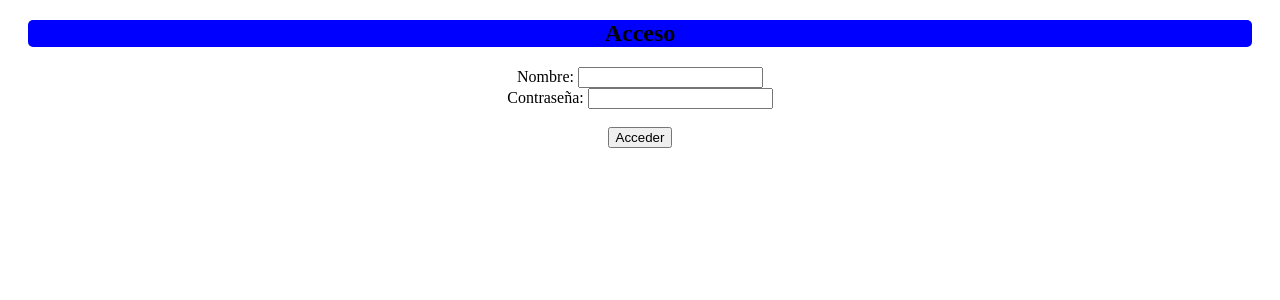
Repository: MateoSantander/Ejercicios4y5
Page: http://localhost/Ejercicio_4/JSP_login.jsp
An editor plug-in stored every save of this project. The page is shown before and after the next save, followed by the edit.
The browser window is 1280 px wide. The pictures show the whole page.
The page is served by Tomcat 9. Other server files are loaded and not shown.

Above is the page before, as saved 2022-03-18 13:36:19.

### Ejercicio_4/src/main/webapp/JSP_login.jsp
<%@ page language="java" contentType="text/html; charset=ISO-8859-1"
    pageEncoding="ISO-8859-1"%>
<!DOCTYPE html>
<html>
<head>
<meta charset="ISO-8859-1">
<title>acceso</title>
<link rel="stylesheet" href="css/design.css">
</head>
<body>
			<h2>Acceso</h2>
		<form action="login" method="post">
			Nombre: <input type="text" class="form-control" name="username"/>
			<br/>
			Contraseña: <input type="password" class="form-control" name="password"/>
			<br/><br/>
			<input type="submit" value="Acceder">
		</form>
</body>
</html>

### Ejercicio_4/src/main/webapp/css/design.css
@charset "ISO-8859-1";

h2{
	 color:rgb(rgb(255, 0, 0), green, blue);
        text-align:center;
        margin-left: 20px;
    	margin-right: 20px;
        border-radius: 5px;
        background-color: blue;
}

body{
	text-align:center;
}

After the next save:
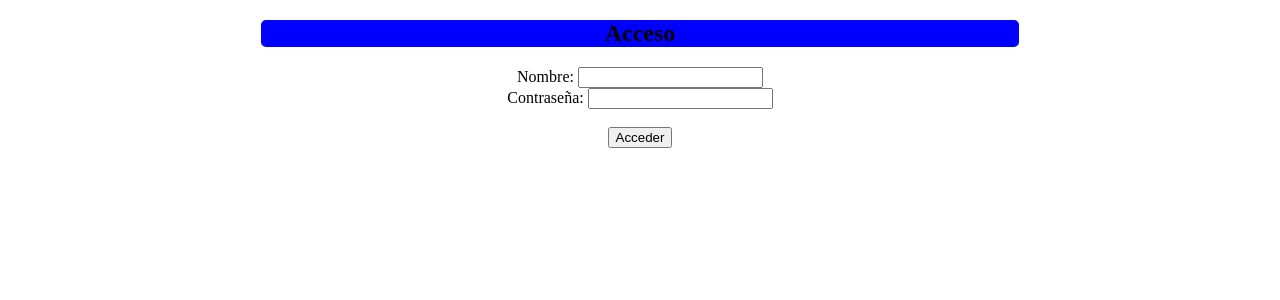
Saved 37 s later.
--- a/Ejercicio_4/src/main/webapp/css/design.css
+++ b/Ejercicio_4/src/main/webapp/css/design.css
@@ -3,8 +3,8 @@
 h2{
 	 color:rgb(rgb(255, 0, 0), green, blue);
         text-align:center;
-        margin-left: 20px;
-    	margin-right: 20px;
+        margin-left: 20%;
+    	margin-right: 20%;
         border-radius: 5px;
         background-color: blue;
 }
